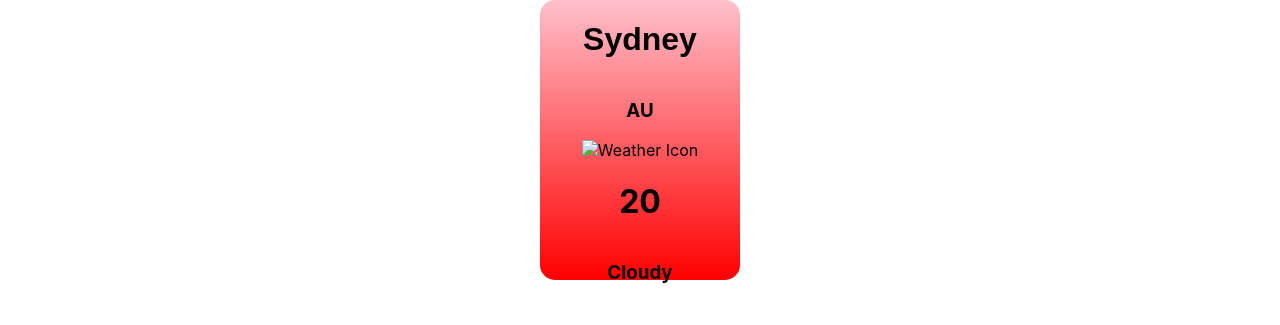
Repository: sayrilamar/chumsweatherapp
Page: /
The author's editor kept a copy of each file at every save. The page is drawn from the files as they stood at one save, then again after the next save.
The browser window is 1280 px wide. The pictures show the whole page.
The project was rebuilt for these pictures with package versions that can differ from the ones it lists, and the page was loaded fresh each time.

Above is the page before, as saved 2020-04-16 19:46:11.

### src/App.js
import React from "react";
import "./App.css";
import WeatherCard from "./weathercard.js";

function App() {
  return (
    <div className="App">
      <WeatherCard/>
    </div>
  );
}

export default App;

### src/App.css
import url('https://fonts.googleapis.com/css?family=Merriweather&display=swap');

.App {
  margin: 0 auto;
}

.card {
  margin: 0 auto;
  background: linear-gradient(to top, red, pink);
  width: 200px;
  height: 280px;
  display: flex;
  flex-direction: column;
  justify-content: space-between;
  align-items: center;
  border-radius: 15px;
}

.city {
  font-family: 'Merriweather', sans-serif;
}

### src/weathercard.js
import React from "react";

const WeatherCard = props => {
    return (
        <div className="card">
            <h1 className="city">Sydney</h1>
            <h3 className="country">AU</h3>
            <img className="icon" src="" alt="Weather Icon"/>
            <h1 className="temp">20</h1>
            <h3 className="condition">Cloudy</h3>
        </div>
    );
};

export default WeatherCard;

Loaded but not shown: public/index.html (common file); src/index.js (common file); src/index.css (common file); src/serviceWorker.js (common file)

After the next save:
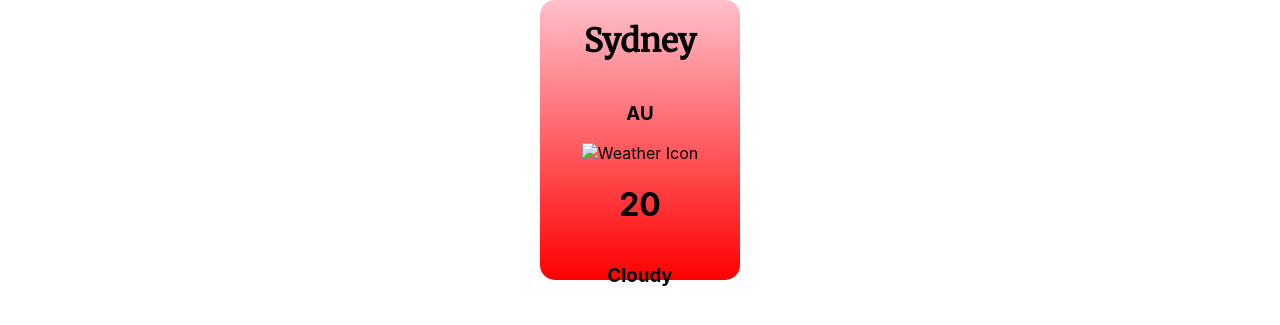
Saved 2 min 7 s later.
--- a/src/App.css
+++ b/src/App.css
@@ -1,4 +1,4 @@
-import url('https://fonts.googleapis.com/css?family=Merriweather&display=swap');
+@import url('https://fonts.googleapis.com/css?family=Merriweather&display=swap');
 
 .App {
   margin: 0 auto;
